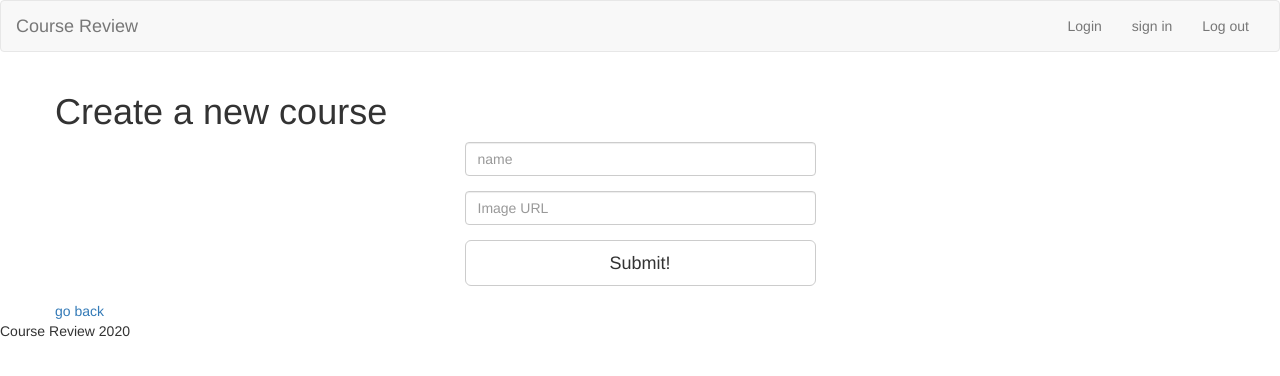
Repository: codewangg/CourseReview
Page: http://localhost/courses/new
These files come from the project's save history. The page is drawn as it stood at one moment and after the next save; the edit follows.
The browser window is 1280 px wide. The pictures show the whole page.
The page is served by the project's Node server (app.js).

Above is the page before, as saved 2020-08-15 18:47:35.

### views/new.ejs
<%- include('partials/header')%>

<div class="container">
    <div class="row">
        <h1>Create a new course</h1>
        <div style="width: 30%; margin:0 auto;">
            <form action="/courses" method="POST">

                <div class="form-group">
                    <input class="form-control" type="text" name="name" placeholder="name">
                </div>

                <div class="form-group">
                    <input class="form-control" type="text" name="image" placeholder="Image URL">
                </div>

                <div class="form-group">
                    <button class="btn btn-lg btn-default btn-block">Submit!</button>
                </div>


            </form>
        </div>


        <a href="/courses">go back</a>
    </div>
</div>
<%- include('partials/footer')%>

### views/partials/header.ejs
<!DOCTYPE html>
<html>
    <head>
        <title>CourseReview</title>
        <link rel="stylesheet" href="https://stackpath.bootstrapcdn.com/bootstrap/3.4.1/css/bootstrap.min.css" integrity="sha384-HSMxcRTRxnN+Bdg0JdbxYKrThecOKuH5zCYotlSAcp1+c8xmyTe9GYg1l9a69psu" crossorigin="anonymous">
    </head>
    <body>
    <nav class="navbar navbar-default">
        <div class="container-fluid">
            <div class="navbar-header">
                <a class="navbar-brand" href="/">Course Review</a>
            </div>
            <div class="collapse navbar-collapse">
                <ul class="nav navbar-nav navbar-right">
                    <li><a href="/">Login</a></li>
                    <li><a href="/">sign in</a></li>
                    <li><a href="/">Log out</a></li>
                </ul>

            </div>
        </div>
    </nav>

### views/partials/footer.ejs
    <p>Course Review 2020</p>
    </body>
</html>

### app.js
const express = require("express");
const app = express();
const bodyParser = require("body-parser");

app.use(bodyParser.urlencoded({extended: true}));
app.set('view engine', "ejs");

app.get("/", (req, res) => {
    res.render("landing");
});

    var courses = [
        {name: "mlp", image:"https://images.pexels.com/photos/1108099/pexels-photo-1108099.jpeg?auto=compress&cs=tinysrgb&dpr=1&w=500"},
        {name: "mlp", image:"https://encrypted-tbn0.gstatic.com/images?q=tbn%3AANd9GcT-NC1h3PdhKKSTUu0S-Y6QtGSz1PWCNL4MXA&usqp=CAU"},
        {name: "mlp", image:"https://encrypted-tbn0.gstatic.com/images?q=tbn%3AANd9GcT-NC1h3PdhKKSTUu0S-Y6QtGSz1PWCNL4MXA&usqp=CAU"},
        {name: "mlp", image:"https://encrypted-tbn0.gstatic.com/images?q=tbn%3AANd9GcT-NC1h3PdhKKSTUu0S-Y6QtGSz1PWCNL4MXA&usqp=CAU"},
        {name: "mlp", image:"https://encrypted-tbn0.gstatic.com/images?q=tbn%3AANd9GcT-NC1h3PdhKKSTUu0S-Y6QtGSz1PWCNL4MXA&usqp=CAU"},
        {name: "mlpr", image:"https://encrypted-tbn0.gstatic.com/images?q=tbn%3AANd9GcSGI0qdCZ_bsxabXEma4kZT2N8-lln603NiPA&usqp=CAU"}
    ]

app.get("/courses", (req, res)=>{


    res.render("courses",{courses:courses});
});

app.post("/courses", (req, res)=>{
    var name = req.body.name;
    var image = req.body.image;
    var newcourse = {name: name, image: image}
    courses.push(newcourse);
    res.redirect("/courses");
});

app.get("/courses/new", (req, res)=>{
    res.render("new.ejs");
});

//process.env.PORT process.env.IP
app.listen(3000, 'localhost', function(){
    console.log("server has started!");
    //console.log(process.env.PORT);
});

After the next save:
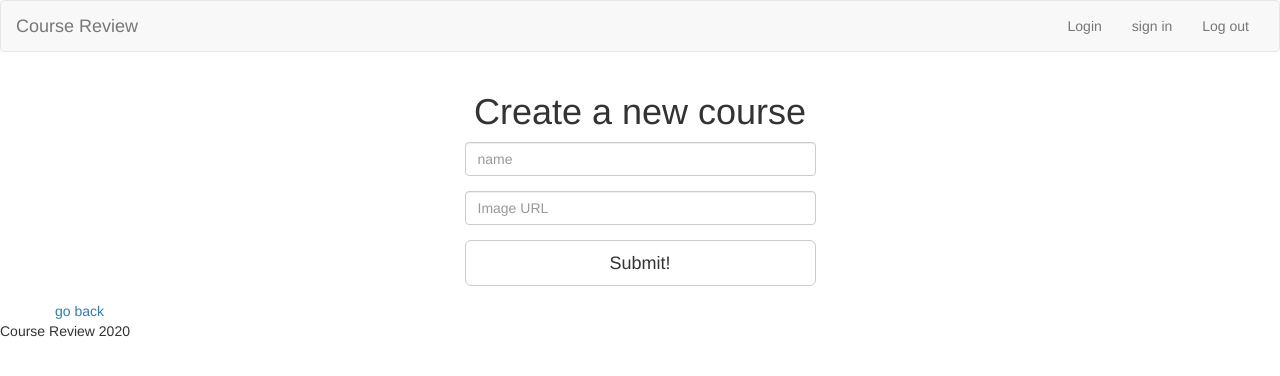
Saved 25 s later.
--- a/views/new.ejs
+++ b/views/new.ejs
@@ -2,7 +2,7 @@
 
 <div class="container">
     <div class="row">
-        <h1>Create a new course</h1>
+        <h1 style="text-align:  center;">Create a new course</h1>
         <div style="width: 30%; margin:0 auto;">
             <form action="/courses" method="POST">
 
